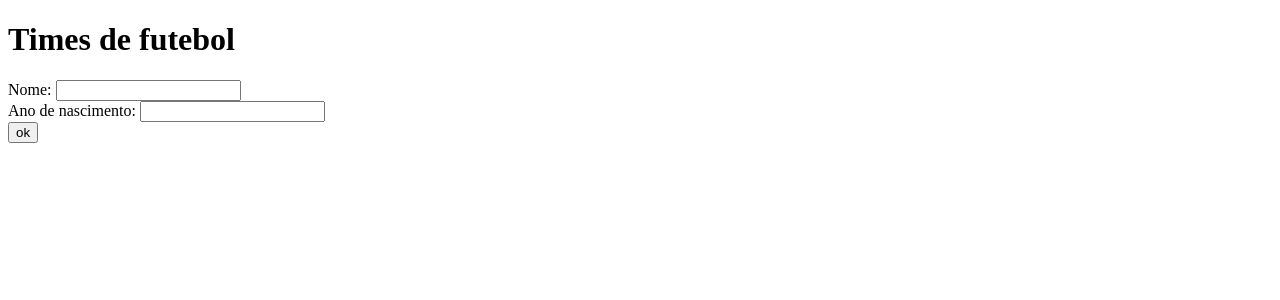
Repository: mduarte23/Sistemas_Informacao
Page: http://localhost/OlaMundo/formulario/futebol/formulario.jsp
The author's editor kept a copy of each file at every save. The page is drawn from the files as they stood at one save, then again after the next save.
The browser window is 1280 px wide. The pictures show the whole page.
The page is served by Tomcat 10.

Above is the page before, as saved 2024-08-14 23:02:50.

After the next save:
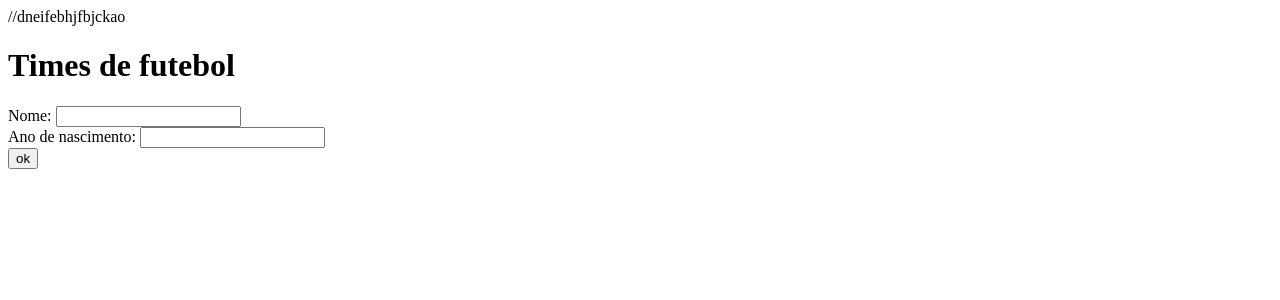
Saved 6 s later.
--- a/4_Periodo/Eclipse/OlaMundo/src/main/webapp/formulario/futebol/formulario.jsp
+++ b/4_Periodo/Eclipse/OlaMundo/src/main/webapp/formulario/futebol/formulario.jsp
@@ -7,6 +7,7 @@
 <title>Insert title here</title>
 </head>
 <body>
+	//dneifebhjfbjckao
 	<h1>Times de futebol</h1>
 
 	<form action="resposta1.jsp" method="post">

After the save that followed:
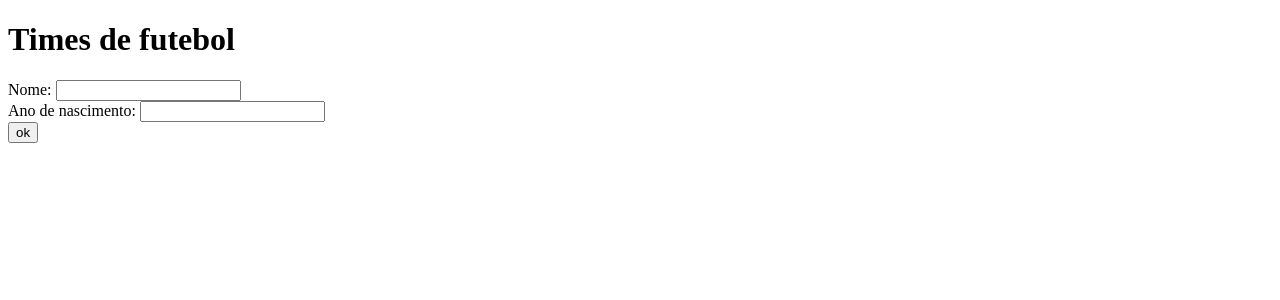
Saved 4 s later.
--- a/4_Periodo/Eclipse/OlaMundo/src/main/webapp/formulario/futebol/formulario.jsp
+++ b/4_Periodo/Eclipse/OlaMundo/src/main/webapp/formulario/futebol/formulario.jsp
@@ -7,7 +7,7 @@
 <title>Insert title here</title>
 </head>
 <body>
-	//dneifebhjfbjckao
+
 	<h1>Times de futebol</h1>
 
 	<form action="resposta1.jsp" method="post">
